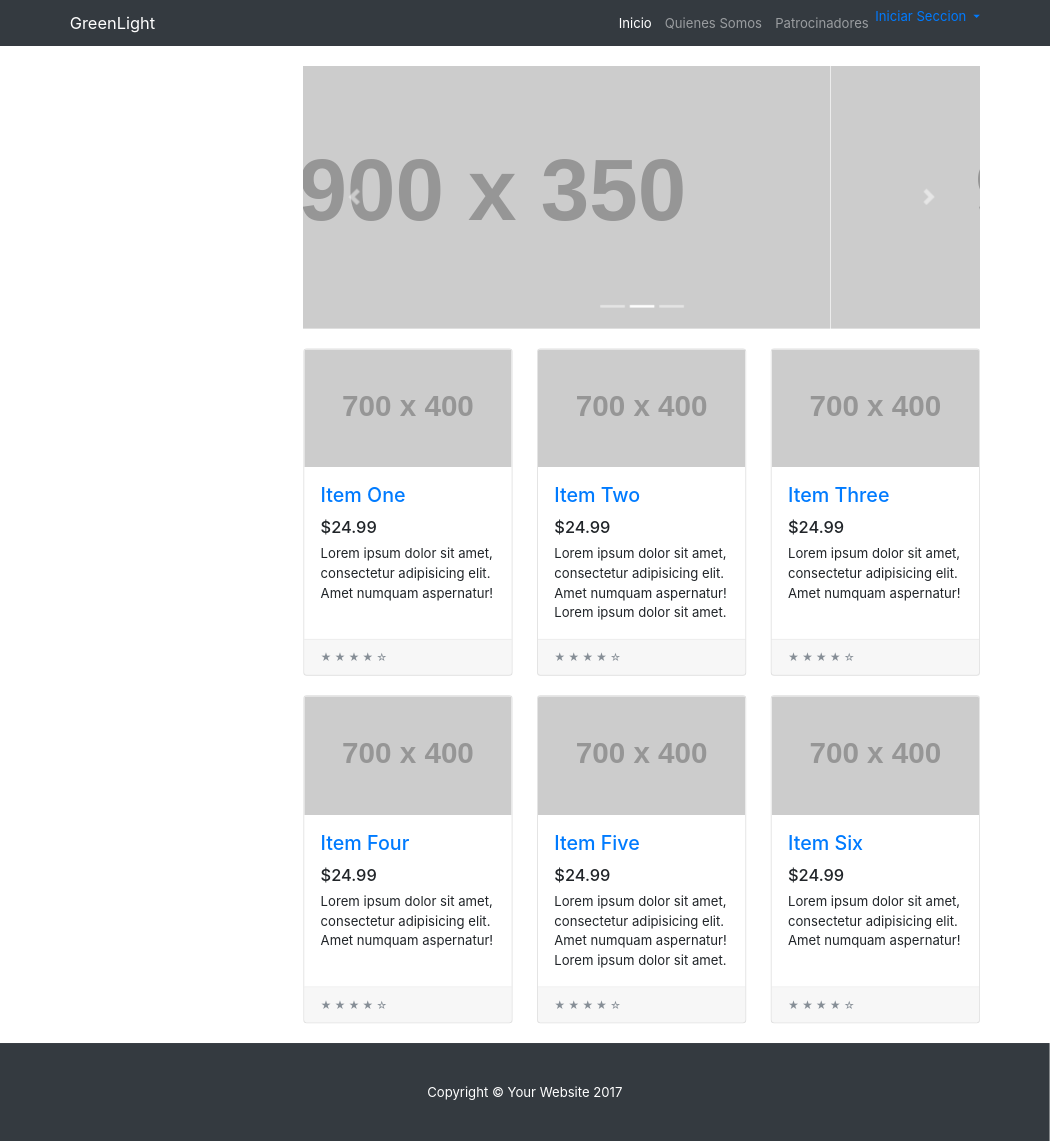
Repository: krojas1997/Test_Project
Page: http://localhost/GREENLIGHT/IniciarSeccion.jsp
An editor plug-in stored every save of this project. The page is shown before and after the next save, followed by the edit.
The browser window is 1280 px wide. The pictures show the whole page, at 82% of full size.
The page is served by Tomcat 9. Other server files are loaded and not shown.

Above is the page before, as saved 2017-10-28 12:46:43.

### Test_GreenLight/GREENLIGHT/WebContent/IniciarSeccion.jsp
<%@ page language="java" contentType="text/html; charset=ISO-8859-1"
    pageEncoding="ISO-8859-1"%>

<%
response.setHeader("Cache-Control","no-cache");
response.setHeader("Cache-Control","no-store");
response.setDateHeader("Expires", 0);

String usuario="";
String  mail="";
int tipo=-1;


HttpSession sesion=request.getSession(true);

if(sesion.getAttribute("usuario")!=null){
	usuario=(String)sesion.getAttribute("usuario");
	mail=(String)sesion.getAttribute("mail");
	tipo=(int)sesion.getAttribute("tipo");
}

%>

<!DOCTYPE html PUBLIC "-//W3C//DTD HTML 4.01 Transitional//EN" "http://www.w3.org/TR/html4/loose.dtd">
<html>
 <head>

    <meta charset="utf-8">
    <meta name="viewport" content="width=device-width, initial-scale=1, shrink-to-fit=no">
    <meta name="description" content="">
    <meta name="author" content="">

    <title>Shop Homepage - Start Bootstrap Template</title>

    <!-- Bootstrap core CSS -->
    <link href="vendor/bootstrap/css/bootstrap.min.css" rel="stylesheet">

    <!-- Custom styles for this template -->
    <link href="css/shop-homepage.css" rel="stylesheet">

  </head>

  <body>

    <!-- Navigation -->
    <nav class="navbar navbar-expand-lg navbar-dark bg-dark fixed-top">
      <div class="container">
        <a class="navbar-brand" href="#">GreenLight</a>
        <button class="navbar-toggler" type="button" data-toggle="collapse" data-target="#navbarResponsive" aria-controls="navbarResponsive" aria-expanded="false" aria-label="Toggle navigation">
          <span class="navbar-toggler-icon"></span>
        </button>
        <div class="collapse navbar-collapse" id="navbarResponsive">
          <ul class="navbar-nav ml-auto">
            <li class="nav-item active">
              <a class="nav-link" href="#">Inicio
                <span class="sr-only">(current)</span>
              </a>
            </li>
            <li class="nav-item">
              <a class="nav-link" href="#">Quienes Somos</a>
            </li>
            <li class="nav-item">
              <a class="nav-link" href="#">Patrocinadores</a>
            </li>
     <%if(sesion.getAttribute("usuario")!=null) { %>
     <li><a><%=usuario %></a></li>
      <li class="active"><a href="ServletLogin?tipo=logOut">Cerrar Seccion</a></li>
     <%}else{ %>
 		<li class="dropdown">
        <a class="dropdown-toggle" data-toggle="dropdown" href="#">Iniciar Seccion
        <span class="caret"></span></a>
        <ul class="dropdown-menu">
          <li><a href="IniciarSeccion.jsp">Paciente</a></li>
          <li><a href="Administrador.jsp">Medico</a></li>
          <li><a href="Administrador.jsp">Administrador</a></li>
           <li class="nav-item">
           <ul class="nav navbar-nav navbar-right">
            </ul>
      </li>


      <%} %>
    </ul>
  </div>
            </li>
          </ul>
        </div>
      </div>
    </nav>

    <!-- Page Content -->
    <div class="container">

      <div class="row">

        <div class="col-lg-3">

      <div align="center"/>
          </div>

        </div>
        <!-- /.col-lg-3 -->

        <div class="col-lg-9">

          <div id="carouselExampleIndicators" class="carousel slide my-4" data-ride="carousel">
            <ol class="carousel-indicators">
              <li data-target="#carouselExampleIndicators" data-slide-to="0" class="active"></li>
              <li data-target="#carouselExampleIndicators" data-slide-to="1"></li>
              <li data-target="#carouselExampleIndicators" data-slide-to="2"></li>
            </ol>
            <div class="carousel-inner" role="listbox">
              <div class="carousel-item active">
                <img class="d-block img-fluid" src="http://placehold.it/900x350" alt="First slide">
              </div>
              <div class="carousel-item">
                <img class="d-block img-fluid" src="http://placehold.it/900x350" alt="Second slide">
              </div>
              <div class="carousel-item">
                <img class="d-block img-fluid" src="http://placehold.it/900x350" alt="Third slide">
              </div>
            </div>
            <a class="carousel-control-prev" href="#carouselExampleIndicators" role="button" data-slide="prev">
              <span class="carousel-control-prev-icon" aria-hidden="true"></span>
              <span class="sr-only">Previous</span>
            </a>
            <a class="carousel-control-next" href="#carouselExampleIndicators" role="button" data-slide="next">
              <span class="carousel-control-next-icon" aria-hidden="true"></span>
              <span class="sr-only">Next</span>
            </a>
          </div>

          <div class="row">

            <div class="col-lg-4 col-md-6 mb-4">
              <div class="card h-100">
                <a href="#"><img class="card-img-top" src="http://placehold.it/700x400" alt=""></a>
                <div class="card-body">
                  <h4 class="card-title">
                    <a href="#">Item One</a>
                  </h4>
                  <h5>$24.99</h5>
                  <p class="card-text">Lorem ipsum dolor sit amet, consectetur adipisicing elit. Amet numquam aspernatur!</p>
                </div>
                <div class="card-footer">
                  <small class="text-muted">&#9733; &#9733; &#9733; &#9733; &#9734;</small>
                </div>
              </div>
            </div>

            <div class="col-lg-4 col-md-6 mb-4">
              <div class="card h-100">
                <a href="#"><img class="card-img-top" src="http://placehold.it/700x400" alt=""></a>
                <div class="card-body">
                  <h4 class="card-title">
                    <a href="#">Item Two</a>
                  </h4>
                  <h5>$24.99</h5>
                  <p class="card-text">Lorem ipsum dolor sit amet, consectetur adipisicing elit. Amet numquam aspernatur! Lorem ipsum dolor sit amet.</p>
                </div>
                <div class="card-footer">
                  <small class="text-muted">&#9733; &#9733; &#9733; &#9733; &#9734;</small>
                </div>
              </div>
            </div>

            <div class="col-lg-4 col-md-6 mb-4">
              <div class="card h-100">
                <a href="#"><img class="card-img-top" src="http://placehold.it/700x400" alt=""></a>
                <div class="card-body">
                  <h4 class="card-title">
                    <a href="#">Item Three</a>
                  </h4>
                  <h5>$24.99</h5>
                  <p class="card-text">Lorem ipsum dolor sit amet, consectetur adipisicing elit. Amet numquam aspernatur!</p>
                </div>
                <div class="card-footer">
                  <small class="text-muted">&#9733; &#9733; &#9733; &#9733; &#9734;</small>
                </div>
              </div>
            </div>

            <div class="col-lg-4 col-md-6 mb-4">
              <div class="card h-100">
                <a href="#"><img class="card-img-top" src="http://placehold.it/700x400" alt=""></a>
                <div class="card-body">
                  <h4 class="card-title">
                    <a href="#">Item Four</a>
                  </h4>
                  <h5>$24.99</h5>
                  <p class="card-text">Lorem ipsum dolor sit amet, consectetur adipisicing elit. Amet numquam aspernatur!</p>
                </div>
                <div class="card-footer">
                  <small class="text-muted">&#9733; &#9733; &#9733; &#9733; &#9734;</small>
                </div>
              </div>
            </div>

            <div class="col-lg-4 col-md-6 mb-4">
              <div class="card h-100">
                <a href="#"><img class="card-img-top" src="http://placehold.it/700x400" alt=""></a>
                <div class="card-body">
                  <h4 class="card-title">
                    <a href="#">Item Five</a>
                  </h4>
                  <h5>$24.99</h5>
                  <p class="card-text">Lorem ipsum dolor sit amet, consectetur adipisicing elit. Amet numquam aspernatur! Lorem ipsum dolor sit amet.</p>
                </div>
                <div class="card-footer">
                  <small class="text-muted">&#9733; &#9733; &#9733; &#9733; &#9734;</small>
                </div>
              </div>
            </div>

            <div class="col-lg-4 col-md-6 mb-4">
              <div class="card h-100">
                <a href="#"><img class="card-img-top" src="http://placehold.it/700x400" alt=""></a>
                <div class="card-body">
                  <h4 class="card-title">
                    <a href="#">Item Six</a>
                  </h4>
                  <h5>$24.99</h5>
                  <p class="card-text">Lorem ipsum dolor sit amet, consectetur adipisicing elit. Amet numquam aspernatur!</p>
                </div>
                <div class="card-footer">
                  <small class="text-muted">&#9733; &#9733; &#9733; &#9733; &#9734;</small>
                </div>
              </div>
            </div>

          </div>
          <!-- /.row -->

        </div>
        <!-- /.col-lg-9 -->

      </div>
      <!-- /.row -->

    </div>
    <!-- /.container -->

    <!-- Footer -->
    <footer class="py-5 bg-dark">
      <div class="container">
        <p class="m-0 text-center text-white">Copyright &copy; Your Website 2017</p>
      </div>
      <!-- /.container -->
    </footer>

    <!-- Bootstrap core JavaScript -->
    <script src="vendor/jquery/jquery.min.js"></script>
    <script src="vendor/bootstrap/js/bootstrap.bundle.min.js"></script>

  </body>

</html>

Loaded but not shown: Test_GreenLight/GREENLIGHT/WebContent/css/shop-homepage.css (common file)

After the next save:
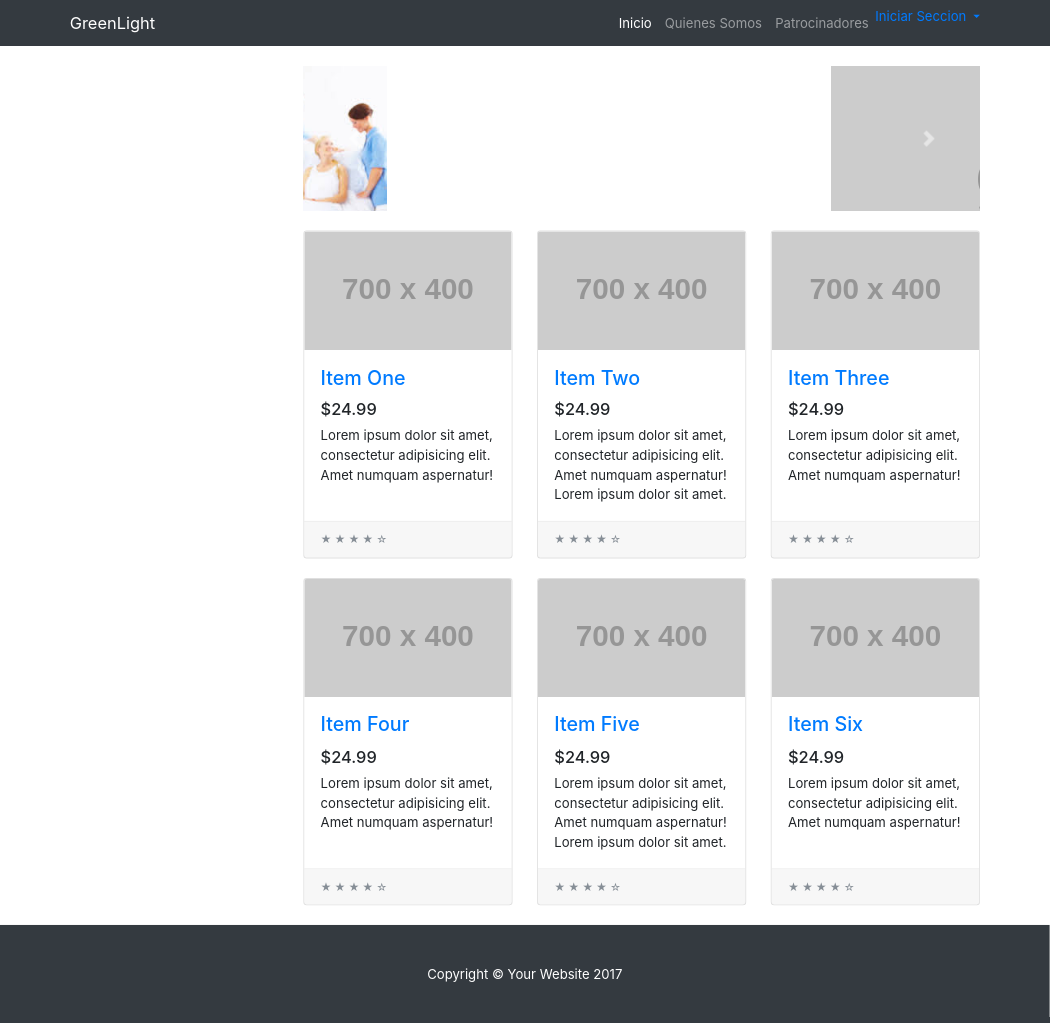
Saved 3 min 1 s later.
--- a/Test_GreenLight/GREENLIGHT/WebContent/IniciarSeccion.jsp
+++ b/Test_GreenLight/GREENLIGHT/WebContent/IniciarSeccion.jsp
@@ -111,7 +111,7 @@
             </ol>
             <div class="carousel-inner" role="listbox">
               <div class="carousel-item active">
-                <img class="d-block img-fluid" src="http://placehold.it/900x350" alt="First slide">
+                <img class="d-block img-fluid" src="img/1.jpg" alt="First slide">
               </div>
               <div class="carousel-item">
                 <img class="d-block img-fluid" src="http://placehold.it/900x350" alt="Second slide">

After the save that followed:
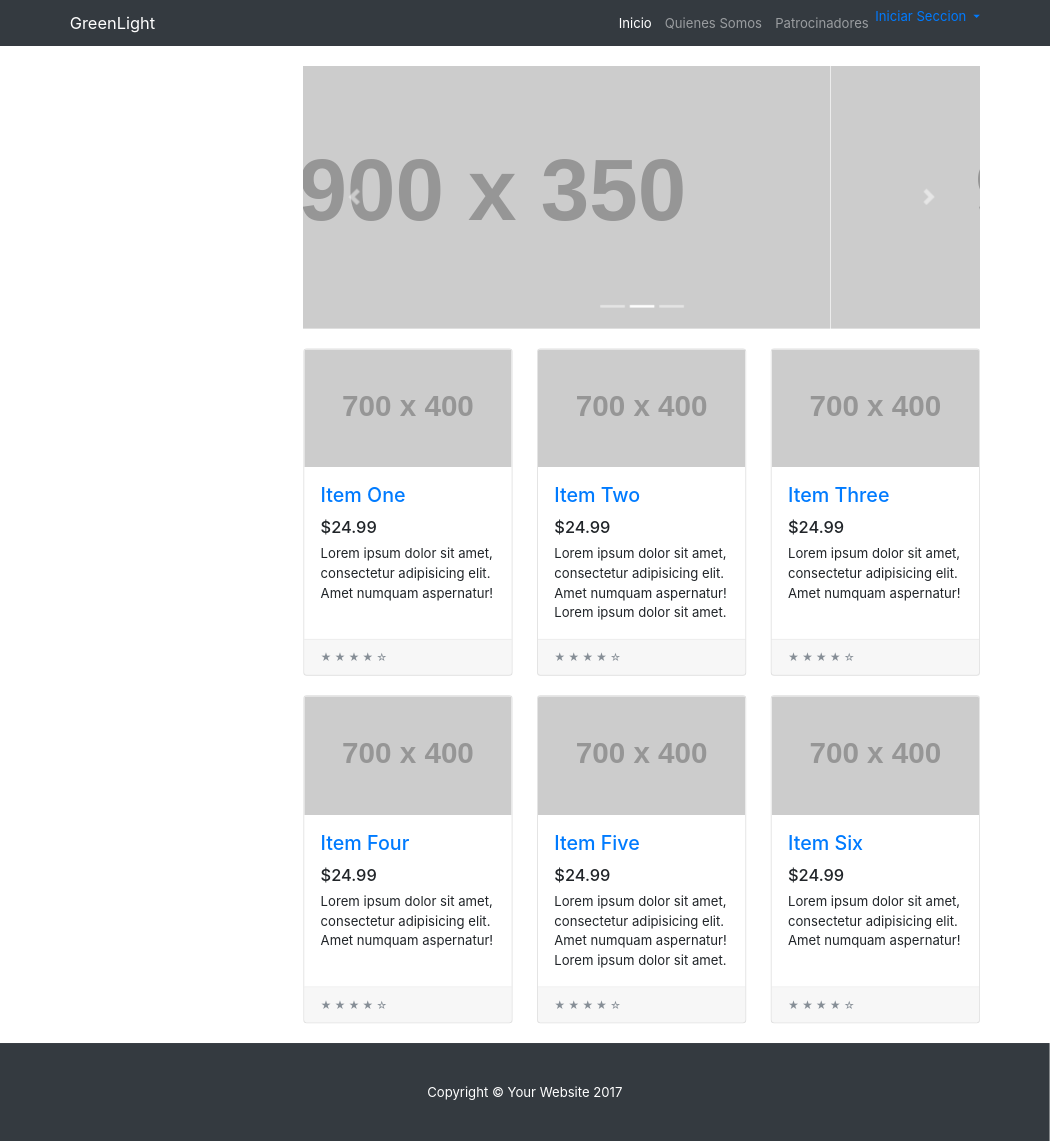
Saved 24 s later.
--- a/Test_GreenLight/GREENLIGHT/WebContent/IniciarSeccion.jsp
+++ b/Test_GreenLight/GREENLIGHT/WebContent/IniciarSeccion.jsp
@@ -111,7 +111,7 @@
             </ol>
             <div class="carousel-inner" role="listbox">
               <div class="carousel-item active">
-                <img class="d-block img-fluid" src="img/1.jpg" alt="First slide">
+                <img class="img/1.jpgock img-fluid" src="http://placehold.it/900x350" alt="First slide">
               </div>
               <div class="carousel-item">
                 <img class="d-block img-fluid" src="http://placehold.it/900x350" alt="Second slide">
